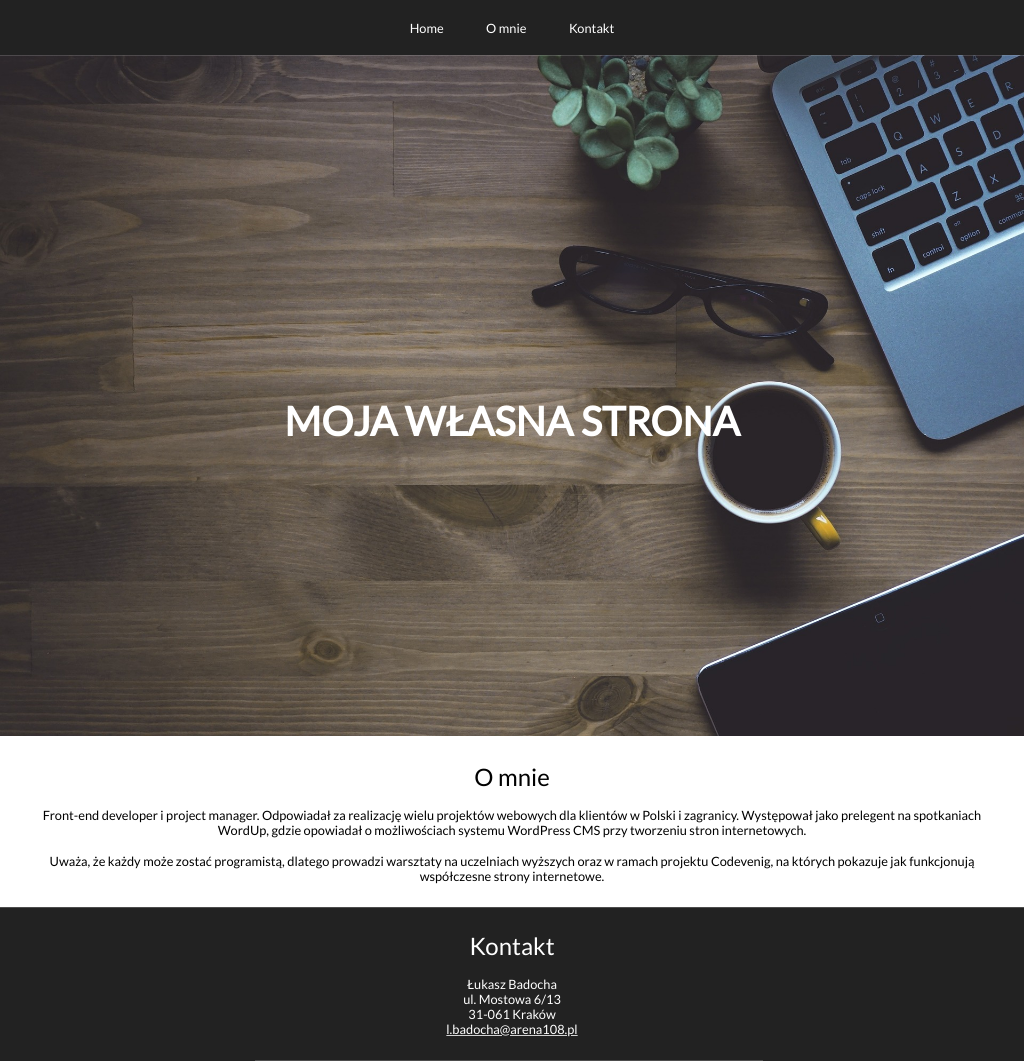
Repository: magdaf41/magdaf41.github.io
Page: zadania-domowe/HTML/zadanie_4/index.html
An editor plug-in stored every save of this project. The page is shown before and after the next save, followed by the edit.
The browser window is 1280 px wide. The pictures show the whole page, at 80% of full size.

Above is the page before, as saved 2020-08-13 10:44:30.

### zadania-domowe/HTML/zadanie_4/index.html
<!DOCTYPE html>
<html lang="pl">

<head>
  <meta charset="UTF-8">
  <title>Warsztaty - HTML5 w praktyce</title>
  <link href='http://fonts.googleapis.com/css?family=Lato&subset=latin,latin-ext' rel='stylesheet' type='text/css'>
  <link rel="stylesheet" href="css/style.css">
</head>

<body>


  <div id="menu">
    <div class="menu-item"><a href="#">Home</a></div>
    <div class="menu-item"><a href="#about">O mnie</a></div>
    <div class="menu-item"><a href="#contact">Kontakt</a></div>
  </div>


  <div id="header">
    <img src="img/header-background.jpg" alt="Zdjęcie nagłówkowe">
    <div id="main-header-text">Moja własna strona</div>
  </div>

  <div id="about">
    <div id="about-header">O mnie</div>
    <div class="about-content">Front-end developer i project manager. Odpowiadał za realizację wielu projektów webowych dla klientów w Polski i zagranicy. Występował jako prelegent na spotkaniach WordUp, gdzie opowiadał o możliwościach systemu WordPress CMS przy tworzeniu stron internetowych.</div>
    <br />

    <div class="about-content"> Uważa, że każdy może zostać programistą, dlatego prowadzi warsztaty na uczelniach wyższych oraz w ramach projektu Codevenig, na których pokazuje jak funkcjonują współczesne strony internetowe.</div>

  </div>


  <div id="contact">
    <div id="contact-header">Kontakt</div>
    <div id="contact-content">
      Łukasz Badocha<br />
      ul. Mostowa 6/13<br />
      31-061 Kraków<br />
      <a href="mailto:l.badocha@arena108.pl">l.badocha@arena108.pl</a>
    </div>
  </div>

</body>

</html>

### zadania-domowe/HTML/zadanie_4/css/style.css
body {
  margin: 0;
  font-family: 'Lato', sans-serif;
}

#menu {
  text-align: center;
  background: #222;

}

#menu .menu-item {
  display: inline-block;
  padding: 25px;
  list-style: none;
}

#menu ul {
  margin: 0;
}

#menu .menu-item a{
  text-decoration: none;
  color: #fff;
}

#menu .menu-item a:hover{
  color: #999;
}

#header {
  position: relative;
  text-align: center;
}

#header img{
  width: 100%;
}

#header #main-header-text {
  position: absolute;
  top: 50%;
  font-size: 50px;
  font-weight: 700;
  margin: 0 auto;
  left: 0;
  right: 0;
  text-transform: uppercase;
  color: #fff;

}

#about {
  margin: 30px 0;
  padding: 0 50px;
}

#about #about-header{
  font-size: 30px;
  text-align: center;
  margin-bottom: 20px;
}

#about .about-content{
  text-align: center;
}

#contact {
  padding: 30px 50px;
  background: #222;
}

#contact #contact-header{
  font-size: 30px;
  text-align: center;
  margin-bottom: 20px;
  color: #fff;
}

#contact #contact-content {
  text-align: center;
  color: #fff;
}

#contact #contact-content a {
  color: #fff;
}

#contact #contact-content a:hover {
  color: #999;
}

After the next save:
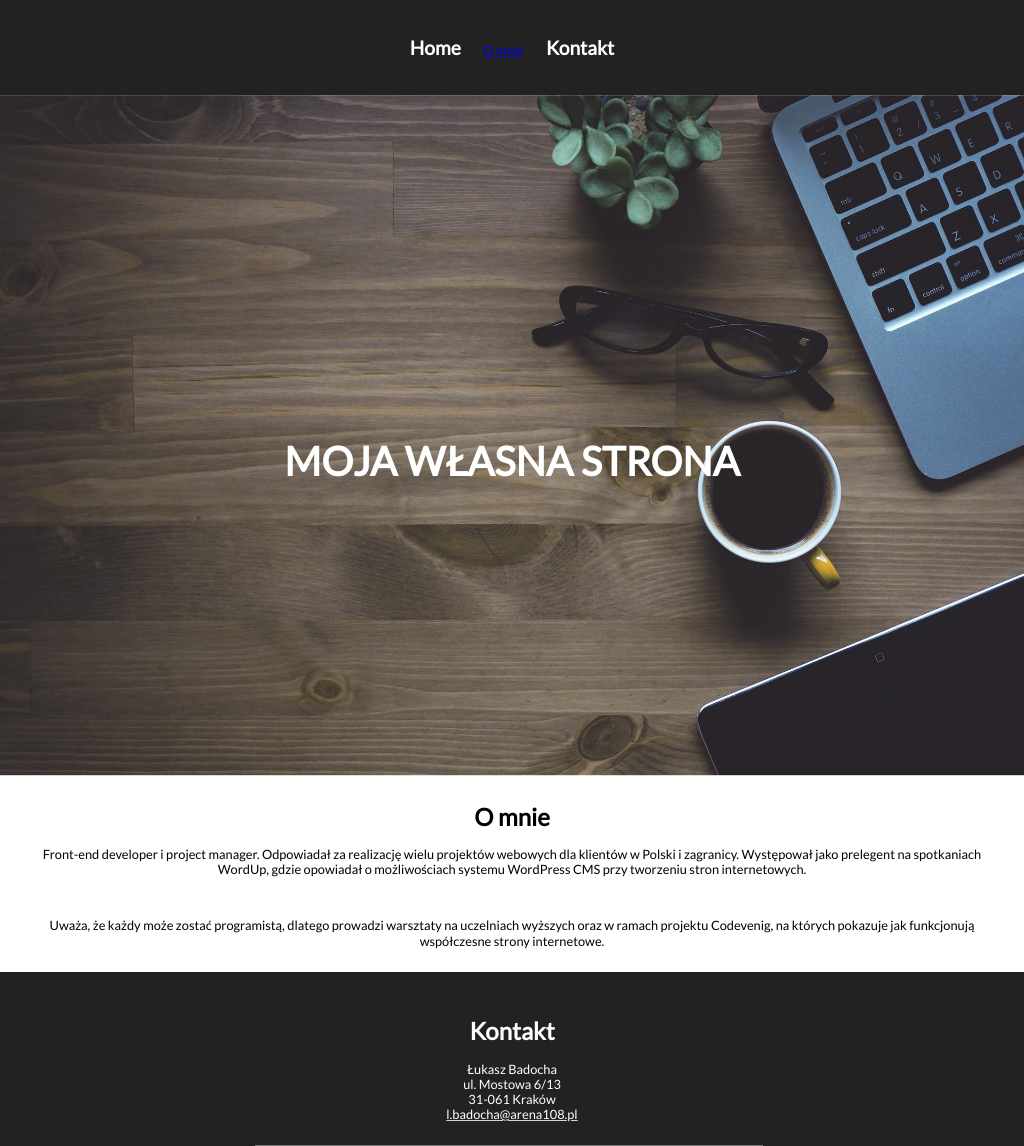
Saved 6 min 22 s later.
--- a/zadania-domowe/HTML/zadanie_4/index.html
+++ b/zadania-domowe/HTML/zadanie_4/index.html
@@ -11,37 +11,37 @@
 <body>
 
 
-  <div id="menu">
-    <div class="menu-item"><a href="#">Home</a></div>
-    <div class="menu-item"><a href="#about">O mnie</a></div>
-    <div class="menu-item"><a href="#contact">Kontakt</a></div>
-  </div>
+  <nav id="menu">
+    <h2 class="menu-item"><a href="#">Home</a></h2>
+    <h2class="menu-item"><a href="#about">O mnie</a></h2class=>
+    <h2 class="menu-item"><a href="#contact">Kontakt</a></h2>
+  </nav>
 
 
-  <div id="header">
+  <section id="header">
     <img src="img/header-background.jpg" alt="Zdjęcie nagłówkowe">
-    <div id="main-header-text">Moja własna strona</div>
-  </div>
+    <h1 id="main-header-text">Moja własna strona</h1>
+  </section>
 
-  <div id="about">
-    <div id="about-header">O mnie</div>
-    <div class="about-content">Front-end developer i project manager. Odpowiadał za realizację wielu projektów webowych dla klientów w Polski i zagranicy. Występował jako prelegent na spotkaniach WordUp, gdzie opowiadał o możliwościach systemu WordPress CMS przy tworzeniu stron internetowych.</div>
+  <section id="about">
+    <h2 id="about-header">O mnie</h2>
+    <p class="about-content">Front-end developer i project manager. Odpowiadał za realizację wielu projektów webowych dla klientów w Polski i zagranicy. Występował jako prelegent na spotkaniach WordUp, gdzie opowiadał o możliwościach systemu WordPress CMS przy tworzeniu stron internetowych.</p>
     <br />
 
-    <div class="about-content"> Uważa, że każdy może zostać programistą, dlatego prowadzi warsztaty na uczelniach wyższych oraz w ramach projektu Codevenig, na których pokazuje jak funkcjonują współczesne strony internetowe.</div>
+    <p class="about-content"> Uważa, że każdy może zostać programistą, dlatego prowadzi warsztaty na uczelniach wyższych oraz w ramach projektu Codevenig, na których pokazuje jak funkcjonują współczesne strony internetowe.</p>
 
-  </div>
+  </section>
 
 
-  <div id="contact">
-    <div id="contact-header">Kontakt</div>
+  <footer id="contact">
+    <h2 id="contact-header">Kontakt</h2>
     <div id="contact-content">
       Łukasz Badocha<br />
       ul. Mostowa 6/13<br />
       31-061 Kraków<br />
       <a href="mailto:l.badocha@arena108.pl">l.badocha@arena108.pl</a>
     </div>
-  </div>
+  </footer>
 
 </body>
 
